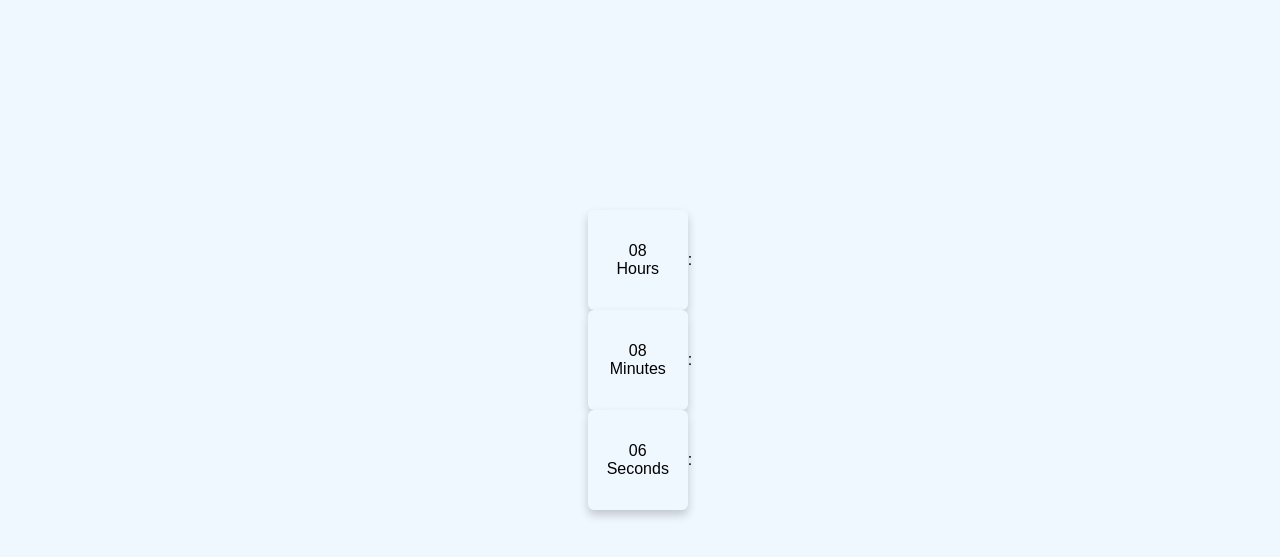
Repository: HueVu99/ComPonents
Page: Dynamic Digital Clock/index.html
An editor plug-in stored every save of this project. The page is shown before and after a run of saves, followed by the edit.
The browser window is 1280 px wide. The pictures show the whole page.

Above is the page before, as saved 2022-07-08 16:23:39.

After the next 8 saves:
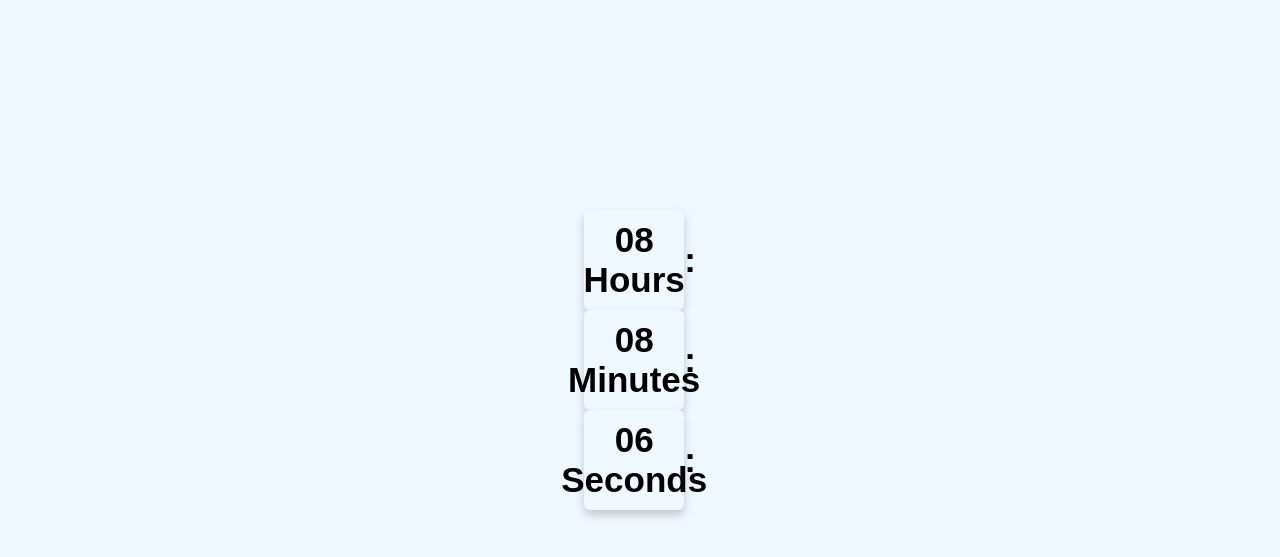
The 8 saves are shown as one change because they came seconds apart.
The last was saved 20 s later.
--- a/Dynamic Digital Clock/style.css
+++ b/Dynamic Digital Clock/style.css
@@ -46,7 +46,8 @@ section.container .time{
 }
 .time .time-colon .time-text,
 .time .time-colon .colon{
-    font-si
+    font-size:35px;
+    font-weight: 600;
 }
 .num{
 
